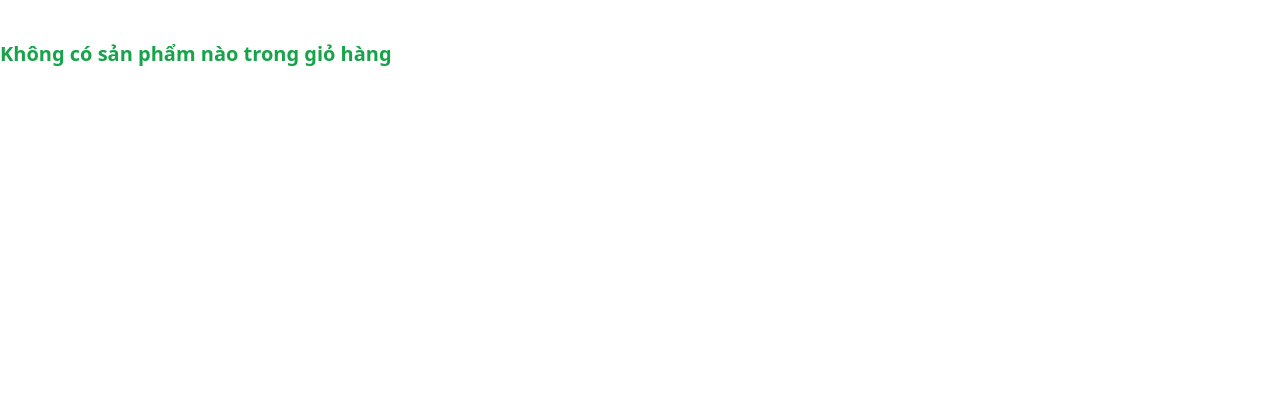
Repository: hungtuan/react-hook-shop
Page: /
An editor plug-in stored every save of this project. The page is shown before and after the next save, followed by the edit.
The browser window is 1280 px wide. The pictures show the whole page.
The page's requests for data from a server got no answer. The project was rebuilt for these pictures with package versions that can differ from the ones it lists, and the page was loaded fresh each time. No one was signed in, and anything a server would have sent is missing. Also part of the build but not shown: vite.config.js, src/components/Button/Button.jsx, src/components/ShoppingCard/CardItem.jsx, src/components/ShoppingCart/action.js, src/components/ShoppingCart/CartItem.jsx.

Above is the page before, as saved 2023-11-18 23:48:28.

### index.html
<!DOCTYPE html>
<html lang="en">
    <head>
        <meta charset="UTF-8" />
        <link rel="icon" type="image/svg+xml" href="/vite.svg" />
        <meta name="viewport" content="width=device-width, initial-scale=1.0" />
        <title>Vite + React</title>
        <link rel="stylesheet" href="./style.css" />
    </head>
    <body>
        <div id="root"></div>
        <script type="module" src="/src/main.jsx"></script>
    </body>
</html>

### style.css
/*
! tailwindcss v3.3.5 | MIT License | https://tailwindcss.com
*/

/*
1. Prevent padding and border from affecting element width. (https://github.com/mozdevs/cssremedy/issues/4)
2. Allow adding a border to an element by just adding a border-width. (https://github.com/tailwindcss/tailwindcss/pull/116)
*/

*,
::before,
::after {
  box-sizing: border-box;
  /* 1 */
  border-width: 0;
  /* 2 */
  border-style: solid;
  /* 2 */
  border-color: #e5e7eb;
  /* 2 */
}

::before,
::after {
  --tw-content: '';
}

/*
1. Use a consistent sensible line-height in all browsers.
2. Prevent adjustments of font size after orientation changes in iOS.
3. Use a more readable tab size.
4. Use the user's configured `sans` font-family by default.
5. Use the user's configured `sans` font-feature-settings by default.
6. Use the user's configured `sans` font-variation-settings by default.
*/

html {
  line-height: 1.5;
  /* 1 */
  -webkit-text-size-adjust: 100%;
  /* 2 */
  -moz-tab-size: 4;
  /* 3 */
  -o-tab-size: 4;
     tab-size: 4;
  /* 3 */
  font-family: ui-sans-serif, system-ui, -apple-system, BlinkMacSystemFont, "Segoe UI", Roboto, "Helvetica Neue", Arial, "Noto Sans", sans-serif, "Apple Color Emoji", "Segoe UI Emoji", "Segoe UI Symbol", "Noto Color Emoji";
  /* 4 */
  font-feature-settings: normal;
  /* 5 */
  font-variation-settings: normal;
  /* 6 */
}

/*
1. Remove the margin in all browsers.
2. Inherit line-height from `html` so users can set them as a class directly on the `html` element.
*/

body {
  margin: 0;
  /* 1 */
  line-height: inherit;
  /* 2 */
}

/*
1. Add the correct height in Firefox.
2. Correct the inheritance of border color in Firefox. (https://bugzilla.mozilla.org/show_bug.cgi?id=190655)
3. Ensure horizontal rules are visible by default.
*/

hr {
  height: 0;
  /* 1 */
  color: inherit;
  /* 2 */
  border-top-width: 1px;
  /* 3 */
}

/*
Add the correct text decoration in Chrome, Edge, and Safari.
*/

abbr:where([title]) {
  -webkit-text-decoration: underline dotted;
          text-decoration: underline dotted;
}

/*
Remove the default font size and weight for headings.
*/

h1,
h2,
h3,
h4,
h5,
h6 {
  font-size: inherit;
  font-weight: inherit;
}

/*
Reset links to optimize for opt-in styling instead of opt-out.
*/

a {
  color: inherit;
  text-decoration: inherit;
}

/*
Add the correct font weight in Edge and Safari.
*/

b,
strong {
  font-weight: bolder;
}

/*
1. Use the user's configured `mono` font family by default.
2. Correct the odd `em` font sizing in all browsers.
*/

code,
kbd,
samp,
pre {
  font-family: ui-monospace, SFMono-Regular, Menlo, Monaco, Consolas, "Liberation Mono", "Courier New", monospace;
  /* 1 */
  font-size: 1em;
  /* 2 */
}

/*
Add the correct font size in all browsers.
*/

small {
  font-size: 80%;
}

/*
Prevent `sub` and `sup` elements from affecting the line height in all browsers.
*/

sub,
sup {
  font-size: 75%;
  line-height: 0;
  position: relative;
  vertical-align: baseline;
}

sub {
  bottom: -0.25em;
}

sup {
  top: -0.5em;
}

/*
1. Remove text indentation from table contents in Chrome and Safari. (https://bugs.chromium.org/p/chromium/issues/detail?id=999088, https://bugs.webkit.org/show_bug.cgi?id=201297)
2. Correct table border color inheritance in all Chrome and Safari. (https://bugs.chromium.org/p/chromium/issues/detail?id=935729, https://bugs.webkit.org/show_bug.cgi?id=195016)
3. Remove gaps between table borders by default.
*/

table {
  text-indent: 0;
  /* 1 */
  border-color: inherit;
  /* 2 */
  border-collapse: collapse;
  /* 3 */
}

/*
1. Change the font styles in all browsers.
2. Remove the margin in Firefox and Safari.
3. Remove default padding in all browsers.
*/

button,
input,
optgroup,
select,
textarea {
  font-family: inherit;
  /* 1 */
  font-feature-settings: inherit;
  /* 1 */
  font-variation-settings: inherit;
  /* 1 */
  font-size: 100%;
  /* 1 */
  font-weight: inherit;
  /* 1 */
  line-height: inherit;
  /* 1 */
  color: inherit;
  /* 1 */
  margin: 0;
  /* 2 */
  padding: 0;
  /* 3 */
}

/*
Remove the inheritance of text transform in Edge and Firefox.
*/

button,
select {
  text-transform: none;
}

/*
1. Correct the inability to style clickable types in iOS and Safari.
2. Remove default button styles.
*/

button,
[type='button'],
[type='reset'],
[type='submit'] {
  -webkit-appearance: button;
  /* 1 */
  background-color: transparent;
  /* 2 */
  background-image: none;
  /* 2 */
}

/*
Use the modern Firefox focus style for all focusable elements.
*/

:-moz-focusring {
  outline: auto;
}

/*
Remove the additional `:invalid` styles in Firefox. (https://github.com/mozilla/gecko-dev/blob/2f9eacd9d3d995c937b4251a5557d95d494c9be1/layout/style/res/forms.css#L728-L737)
*/

:-moz-ui-invalid {
  box-shadow: none;
}

/*
Add the correct vertical alignment in Chrome and Firefox.
*/

progress {
  vertical-align: baseline;
}

/*
Correct the cursor style of increment and decrement buttons in Safari.
*/

::-webkit-inner-spin-button,
::-webkit-outer-spin-button {
  height: auto;
}

/*
1. Correct the odd appearance in Chrome and Safari.
2. Correct the outline style in Safari.
*/

[type='search'] {
  -webkit-appearance: textfield;
  /* 1 */
  outline-offset: -2px;
  /* 2 */
}

/*
Remove the inner padding in Chrome and Safari on macOS.
*/

::-webkit-search-decoration {
  -webkit-appearance: none;
}

/*
1. Correct the inability to style clickable types in iOS and Safari.
2. Change font properties to `inherit` in Safari.
*/

::-webkit-file-upload-button {
  -webkit-appearance: button;
  /* 1 */
  font: inherit;
  /* 2 */
}

/*
Add the correct display in Chrome and Safari.
*/

summary {
  display: list-item;
}

/*
Removes the default spacing and border for appropriate elements.
*/

blockquote,
dl,
dd,
h1,
h2,
h3,
h4,
h5,
h6,
hr,
figure,
p,
pre {
  margin: 0;
}

fieldset {
  margin: 0;
  padding: 0;
}

legend {
  padding: 0;
}

ol,
ul,
menu {
  list-style: none;
  margin: 0;
  padding: 0;
}

/*
Reset default styling for dialogs.
*/

dialog {
  padding: 0;
}

/*
Prevent resizing textareas horizontally by default.
*/

textarea {
  resize: vertical;
}

/*
1. Reset the default placeholder opacity in Firefox. (https://github.com/tailwindlabs/tailwindcss/issues/3300)
2. Set the default placeholder color to the user's configured gray 400 color.
*/

input::-moz-placeholder, textarea::-moz-placeholder {
  opacity: 1;
  /* 1 */
  color: #9ca3af;
  /* 2 */
}

input::placeholder,
textarea::placeholder {
  opacity: 1;
  /* 1 */
  color: #9ca3af;
  /* 2 */
}

/*
Set the default cursor for buttons.
*/

button,
[role="button"] {
  cursor: pointer;
}

/*
Make sure disabled buttons don't get the pointer cursor.
*/

:disabled {
  cursor: default;
}

/*
1. Make replaced elements `display: block` by default. (https://github.com/mozdevs/cssremedy/issues/14)
2. Add `vertical-align: middle` to align replaced elements more sensibly by default. (https://github.com/jensimmons/cssremedy/issues/14#issuecomment-634934210)
   This can trigger a poorly considered lint error in some tools but is included by design.
*/

img,
svg,
video,
canvas,
audio,
iframe,
embed,
object {
  display: block;
  /* 1 */
  vertical-align: middle;
  /* 2 */
}

/*
Constrain images and videos to the parent width and preserve their intrinsic aspect ratio. (https://github.com/mozdevs/cssremedy/issues/14)
*/

img,
video {
  max-width: 100%;
  height: auto;
}

/* Make elements with the HTML hidden attribute stay hidden by default */

[hidden] {
  display: none;
}

*, ::before, ::after {
  --tw-border-spacing-x: 0;
  --tw-border-spacing-y: 0;
  --tw-translate-x: 0;
  --tw-translate-y: 0;
  --tw-rotate: 0;
  --tw-skew-x: 0;
  --tw-skew-y: 0;
  --tw-scale-x: 1;
  --tw-scale-y: 1;
  --tw-pan-x:  ;
  --tw-pan-y:  ;
  --tw-pinch-zoom:  ;
  --tw-scroll-snap-strictness: proximity;
  --tw-gradient-from-position:  ;
  --tw-gradient-via-position:  ;
  --tw-gradient-to-position:  ;
  --tw-ordinal:  ;
  --tw-slashed-zero:  ;
  --tw-numeric-figure:  ;
  --tw-numeric-spacing:  ;
  --tw-numeric-fraction:  ;
  --tw-ring-inset:  ;
  --tw-ring-offset-width: 0px;
  --tw-ring-offset-color: #fff;
  --tw-ring-color: rgb(59 130 246 / 0.5);
  --tw-ring-offset-shadow: 0 0 #0000;
  --tw-ring-shadow: 0 0 #0000;
  --tw-shadow: 0 0 #0000;
  --tw-shadow-colored: 0 0 #0000;
  --tw-blur:  ;
  --tw-brightness:  ;
  --tw-contrast:  ;
  --tw-grayscale:  ;
  --tw-hue-rotate:  ;
  --tw-invert:  ;
  --tw-saturate:  ;
  --tw-sepia:  ;
  --tw-drop-shadow:  ;
  --tw-backdrop-blur:  ;
  --tw-backdrop-brightness:  ;
  --tw-backdrop-contrast:  ;
  --tw-backdrop-grayscale:  ;
  --tw-backdrop-hue-rotate:  ;
  --tw-backdrop-invert:  ;
  --tw-backdrop-opacity:  ;
  --tw-backdrop-saturate:  ;
  --tw-backdrop-sepia:  ;
}

::backdrop {
  --tw-border-spacing-x: 0;
  --tw-border-spacing-y: 0;
  --tw-translate-x: 0;
  --tw-translate-y: 0;
  --tw-rotate: 0;
  --tw-skew-x: 0;
  --tw-skew-y: 0;
  --tw-scale-x: 1;
  --tw-scale-y: 1;
  --tw-pan-x:  ;
  --tw-pan-y:  ;
  --tw-pinch-zoom:  ;
  --tw-scroll-snap-strictness: proximity;
  --tw-gradient-from-position:  ;
  --tw-gradient-via-position:  ;
  --tw-gradient-to-position:  ;
  --tw-ordinal:  ;
  --tw-slashed-zero:  ;
  --tw-numeric-figure:  ;
  --tw-numeric-spacing:  ;
  --tw-numeric-fraction:  ;
  --tw-ring-inset:  ;
  --tw-ring-offset-width: 0px;
  --tw-ring-offset-color: #fff;
  --tw-ring-color: rgb(59 130 246 / 0.5);
  --tw-ring-offset-shadow: 0 0 #0000;
  --tw-ring-shadow: 0 0 #0000;
  --tw-shadow: 0 0 #0000;
  --tw-shadow-colored: 0 0 #0000;
  --tw-blur:  ;
  --tw-brightness:  ;
  --tw-contrast:  ;
  --tw-grayscale:  ;
  --tw-hue-rotate:  ;
  --tw-invert:  ;
  --tw-saturate:  ;
  --tw-sepia:  ;
  --tw-drop-shadow:  ;
  --tw-backdrop-blur:  ;
  --tw-backdrop-brightness:  ;
  --tw-backdrop-contrast:  ;
  --tw-backdrop-grayscale:  ;
  --tw-backdrop-hue-rotate:  ;
  --tw-backdrop-invert:  ;
  --tw-backdrop-opacity:  ;
  --tw-backdrop-saturate:  ;
  --tw-backdrop-sepia:  ;
}

.container {
  width: 100%;
}

@media (min-width: 640px) {
  .container {
    max-width: 640px;
  }
}

@media (min-width: 768px) {
  .container {
    max-width: 768px;
  }
}

@media (min-width: 1024px) {
  .container {
    max-width: 1024px;
  }
}

@media (min-width: 1280px) {
  .container {
    max-width: 1280px;
  }
}

@media (min-width: 1536px) {
  .container {
    max-width: 1536px;
  }
}

.fixed {
  position: fixed;
}

.m-auto {
  margin: auto;
}

.ml-2 {
  margin-left: 0.5rem;
}

.ml-3 {
  margin-left: 0.75rem;
}

.mr-3 {
  margin-right: 0.75rem;
}

.mt-2 {
  margin-top: 0.5rem;
}

.mt-7 {
  margin-top: 1.75rem;
}

.mt-20 {
  margin-top: 5rem;
}

.flex {
  display: flex;
}

.inline-flex {
  display: inline-flex;
}

.table {
  display: table;
}

.grid {
  display: grid;
}

.h-6 {
  height: 1.5rem;
}

.h-64 {
  height: 16rem;
}

.w-6 {
  width: 1.5rem;
}

.w-72 {
  width: 18rem;
}

.w-full {
  width: 100%;
}

.max-w-7xl {
  max-width: 80rem;
}

.table-auto {
  table-layout: auto;
}

.border-collapse {
  border-collapse: collapse;
}

.grid-cols-4 {
  grid-template-columns: repeat(4, minmax(0, 1fr));
}

.items-center {
  align-items: center;
}

.justify-center {
  justify-content: center;
}

.justify-between {
  justify-content: space-between;
}

.gap-4 {
  gap: 1rem;
}

.rounded-full {
  border-radius: 9999px;
}

.border {
  border-width: 1px;
}

.border-blue-700 {
  --tw-border-opacity: 1;
  border-color: rgb(29 78 216 / var(--tw-border-opacity));
}

.border-slate-500 {
  --tw-border-opacity: 1;
  border-color: rgb(100 116 139 / var(--tw-border-opacity));
}

.border-slate-700 {
  --tw-border-opacity: 1;
  border-color: rgb(51 65 85 / var(--tw-border-opacity));
}

.border-yellow-800 {
  --tw-border-opacity: 1;
  border-color: rgb(133 77 14 / var(--tw-border-opacity));
}

.object-cover {
  -o-object-fit: cover;
     object-fit: cover;
}

.px-0 {
  padding-left: 0px;
  padding-right: 0px;
}

.px-3 {
  padding-left: 0.75rem;
  padding-right: 0.75rem;
}

.py-0 {
  padding-top: 0px;
  padding-bottom: 0px;
}

.py-1 {
  padding-top: 0.25rem;
  padding-bottom: 0.25rem;
}

.py-2 {
  padding-top: 0.5rem;
  padding-bottom: 0.5rem;
}

.py-4 {
  padding-top: 1rem;
  padding-bottom: 1rem;
}

.pb-8 {
  padding-bottom: 2rem;
}

.pt-6 {
  padding-top: 1.5rem;
}

.text-justify {
  text-align: justify;
}

.text-2xl {
  font-size: 1.5rem;
  line-height: 2rem;
}

.text-lg {
  font-size: 1.125rem;
  line-height: 1.75rem;
}

.text-sm {
  font-size: 0.875rem;
  line-height: 1.25rem;
}

.text-xl {
  font-size: 1.25rem;
  line-height: 1.75rem;
}

.font-bold {
  font-weight: 700;
}

.italic {
  font-style: italic;
}

.text-\[\#beaeaa\] {
  --tw-text-opacity: 1;
  color: rgb(190 174 170 / var(--tw-text-opacity));
}

.text-amber-500 {
  --tw-text-opacity: 1;
  color: rgb(245 158 11 / var(--tw-text-opacity));
}

.text-gray-400 {
  --tw-text-opacity: 1;
  color: rgb(156 163 175 / var(--tw-text-opacity));
}

.text-green-600 {
  --tw-text-opacity: 1;
  color: rgb(22 163 74 / var(--tw-text-opacity));
}

.line-through {
  text-decoration-line: line-through;
}

.shadow-md {
  --tw-shadow: 0 4px 6px -1px rgb(0 0 0 / 0.1), 0 2px 4px -2px rgb(0 0 0 / 0.1);
  --tw-shadow-colored: 0 4px 6px -1px var(--tw-shadow-color), 0 2px 4px -2px var(--tw-shadow-color);
  box-shadow: var(--tw-ring-offset-shadow, 0 0 #0000), var(--tw-ring-shadow, 0 0 #0000), var(--tw-shadow);
}

.transition {
  transition-property: color, background-color, border-color, text-decoration-color, fill, stroke, opacity, box-shadow, transform, filter, -webkit-backdrop-filter;
  transition-property: color, background-color, border-color, text-decoration-color, fill, stroke, opacity, box-shadow, transform, filter, backdrop-filter;
  transition-property: color, background-color, border-color, text-decoration-color, fill, stroke, opacity, box-shadow, transform, filter, backdrop-filter, -webkit-backdrop-filter;
  transition-timing-function: cubic-bezier(0.4, 0, 0.2, 1);
  transition-duration: 150ms;
}

.ct-table-col {
  border-width: 1px;
  --tw-border-opacity: 1;
  border-color: rgb(51 65 85 / var(--tw-border-opacity));
  padding-left: 0.75rem;
}

.ct-btn-primary {
  --tw-border-opacity: 1;
  border-color: rgb(74 222 128 / var(--tw-border-opacity));
}

.hover\:bg-yellow-800:hover {
  --tw-bg-opacity: 1;
  background-color: rgb(133 77 14 / var(--tw-bg-opacity));
}

.hover\:bg-green-400:hover {
  --tw-bg-opacity: 1;
  background-color: rgb(74 222 128 / var(--tw-bg-opacity));
}

.hover\:text-white:hover {
  --tw-text-opacity: 1;
  color: rgb(255 255 255 / var(--tw-text-opacity));
}

### src/main.jsx
import React from "react";
import ReactDOM from "react-dom/client";
import App from "./App.jsx";
import "./index.css";
import Provider from "./store/Provider.jsx";
ReactDOM.createRoot(document.getElementById("root")).render(
    // <React.StrictMode>
    <Provider>
        <App />
    </Provider>
    //</React.StrictMode>
);

### src/App.jsx
import React from "react";
import CardList from "./components/ShoppingCard/CardList";
import { ToastContainer } from "react-toastify";
import "react-toastify/dist/ReactToastify.css";
import CartList from "./components/ShoppingCart/CartList";
import Loading from "./components/Loading/Loading";
export default function App() {
  return (
    <>
      <Loading />
      <ToastContainer
        position="top-right"
        autoClose={3000}
        hideProgressBar={false}
        newestOnTop={false}
        closeOnClick
        rtl={false}
        pauseOnFocusLoss
        draggable
        pauseOnHover
        theme="light"
      />
      <div className="container m-auto max-w-7xl pt-6">
        <CardList />
        <CartList />
      </div>
    </>
  );
}

### src/index.css
@tailwind base;
@tailwind components;
@tailwind utilities;

.ct-table-col {
    @apply border border-slate-700 pl-3;
}

.ct-btn-primary {
    @apply border-green-400;
}

### src/store/Provider.jsx
import { useReducer } from "react";
import Context from "./Context";
import reducer, { initState } from "./Reducer";
function Provider({ children }) {
    const [state, dispatch] = useReducer(reducer, initState);
    return (
        <Context.Provider value={[state, dispatch]}>
            {children}
        </Context.Provider>
    );
}

export default Provider;

### src/components/ShoppingCard/CardList.jsx
import React, { useEffect, useContext } from "react";
import CardItem from "./CardItem";
import getProductList from "./getProductList";
import validateUser from "../../assets/js/validateUser";
import Context from "../../store/Context";

export default function CardList() {
  const [state, dispatch] = useContext(Context);

  const { products } = state;

  const getProduct = async () => {
    try {
      await dispatch({
        type: "loading/switch",
      });

      const data = await getProductList();

      await dispatch({
        type: "products/updateProducts",
        payload: data.listProduct,
      });

      await validateUser();

      dispatch({
        type: "loading/switch",
      });
    } catch (error) {
      console.error("Error fetching product data:", error);
    }
  };

  useEffect(() => {
    getProduct();
  }, []);

  return (
    <div className="card-list grid grid-cols-4 gap-4">
      {products.map((product) => (
        <CardItem
          key={product._id}
          id={product._id}
          productName={product.name}
          productPrice={product.price}
          productImg={product.image}
          productQuantity={product.quantity}
        />
      ))}
    </div>
  );
}

### src/components/ShoppingCart/CartList.jsx
import React, { useContext } from "react";
import CartItem from "./CartItem";
import Button from "../Button/Button";
import Context from "../../store/Context";
import payment from "./payment";
import calculateTotal from "./calculateTotal";
export default function CartList() {
    const [state, dispatch] = useContext(Context);
    const { productsCart } = state;
    const { totalPrice, totalQuantity } = calculateTotal(productsCart);
    return productsCart.length ? (
        <div className="cart-list pb-8">
            <table className="table-auto w-full border-collapse border border-slate-500 mt-7">
                <thead>
                    <tr>
                        <th className="border border-slate-700">
                            Tên sản phẩm
                        </th>
                        <th className="border border-slate-700">Số lượng</th>
                        <th className="border border-slate-700">
                            Số lượng còn lại
                        </th>
                        <th className="border border-slate-700">Tổng tiền</th>
                        <th className="border border-slate-700">Hành động</th>
                    </tr>
                </thead>
                <tbody>
                    {productsCart.map((productCart) => {
                        return (
                            <CartItem
                                key={productCart.id}
                                id={productCart.id}
                                name={productCart.name}
                                quantity={productCart.quantity}
                                price={productCart.price}
                            />
                        );
                    })}
                    <tr>
                        <td className="text-lg font-bold ct-table-col">
                            Thành tiền
                        </td>
                        <td className="ct-table-col">{totalQuantity}</td>
                        <td></td>
                        <td className="ct-table-col">{totalPrice}</td>
                        <td className="ct-table-col">
                            <Button
                                classStyle="ct-btn-primary hover:bg-green-400"
                                onClick={async () => {
                                    await dispatch({
                                        type: "loading/switch",
                                    });
                                    const data = await payment(state);
                                    dispatch({
                                        type: "loading/switch",
                                    });
                                    if (data) {
                                        dispatch({
                                            type: "product/makeEmpty",
                                        });
                                        for (
                                            var i = 0;
                                            i < state.productsCart.length;
                                            i++
                                        ) {
                                            state.productsCart[i].setProduct({
                                                quantity: 0,
                                                price: 0,
                                            });
                                        }
                                    }
                                }}
                            >
                                Thanh toán
                            </Button>
                        </td>
                    </tr>
                </tbody>
            </table>
        </div>
    ) : (
        <h3 className="font-bold text-xl text-green-600 py-4">
            Không có sản phẩm nào trong giỏ hàng
        </h3>
    );
}

### src/components/Loading/Loading.jsx
import React, { useContext, CSSProperties } from "react";
import Context from "../../store/Context";
import BeatLoader from "react-spinners/BeatLoader";
export default function Loading() {
  const [state] = useContext(Context);
  const { loading } = state;
  return (
    <BeatLoader
      color="36d7b7"
      loading={loading}
      cssOverride={{
        position: "fixed",
        inset: 0,
        zIndex: 9999,
        display: "flex",
        alignItems: "center",
        justifyContent: "center",
      }}
      size={20}
      aria-label="Loading Spinner"
      data-testid="loader"
    />
  );
}

### src/store/Context.jsx
import { createContext } from "react";
const Context = createContext();
export default Context;

### src/store/Reducer.jsx
import {
    impactProduct,
    filterLatestProducts,
} from "../components/ShoppingCart/payment";

const initState = {
    products: [],
    productsCart: [],
    loading: false,
};

function reducer(state, action) {
    switch (action.type) {
        case "products/updateProducts":
            return { ...state, products: action.payload };
        case "products/addCart":
            const products = filterLatestProducts([
                ...state.productsCart,
                action.payload,
            ]);
            return {
                ...state,
                productsCart: products,
            };
        case "product/makeEmpty":
            return {
                ...state,
                productsCart: [],
            };
        case "loading/switch":
            return {
                ...state,
                loading: !state.loading,
            };
        case "cart/decrease":
            return {
                ...state,
                productsCart: impactProduct(
                    state.productsCart,
                    action.payload,
                    "decrease",
                    state
                ),
            };
        case "cart/increase":
            return {
                ...state,
                productsCart: impactProduct(
                    state.productsCart,
                    action.payload,
                    "increase",
                    state
                ),
            };
        case "cart/remove":
            return {
                ...state,
                productsCart: impactProduct(
                    state.productsCart,
                    action.payload,
                    "remove",
                    state
                ),
            };
    }
}

export { initState };
export default reducer;

### src/components/ShoppingCard/getProductList.js
import { handleLogic } from "../../assets/js/script";

export default async function getProductList() {
    const { data } = await handleLogic.getListProduct({ limit: 8 });
    return data;
}

### src/components/ShoppingCart/calculateTotal.js
const calculateTotal = (productsCart) => {
    if (productsCart.length === 0) {
        return { totalPrice: 0, totalQuantity: 0 };
    }
    const totalPrice = productsCart.reduce((acc, curr) => {
        return acc + curr.price;
    }, 0);
    const totalQuantity = productsCart.reduce((acc, curr) => {
        return acc + curr.quantity;
    }, 0);
    return { totalPrice, totalQuantity };
};
export default calculateTotal;

### src/assets/js/script.js
import { client } from "./client.js";

export const handleLogic = {
    getAPIKey: async function (query = {}) {
        const queryString = new URLSearchParams(query).toString();
        const { data } = await client.get(`/api-key?${queryString}`);
        if (data.status_code === "SUCCESS") {
            const apiKey = data.data.apiKey;
            localStorage.setItem("apiKey", apiKey);
        }
        return data;
    },

    getProfile: async function () {
        const apiKey = localStorage.getItem("apiKey");
        const { data } = await client.get(`/users/profile`, apiKey);
        return data;
    },

    getListProduct: async function (query = {}) {
        const queryString = new URLSearchParams(query).toString();
        const { data } = await client.get(`/products?${queryString}`);
        return data;
    },

    postPayment: async function (body) {
        const apiKey = localStorage.getItem("apiKey");
        const { data } = await client.post(`/orders`, body, apiKey);
        return data;
    },
};

### src/assets/js/config.js
export const config = {
    SERVER_API: "https://api-exercise-sopi.vercel.app/api/v1",
};

Loaded but not shown: tailwind.config.js (common file); src/components/ShoppingCart/payment.js (98 lines, source omitted); src/assets/js/validateUser.js (60 lines, source omitted); src/assets/js/client.js (47 lines, source omitted)

After the next save:
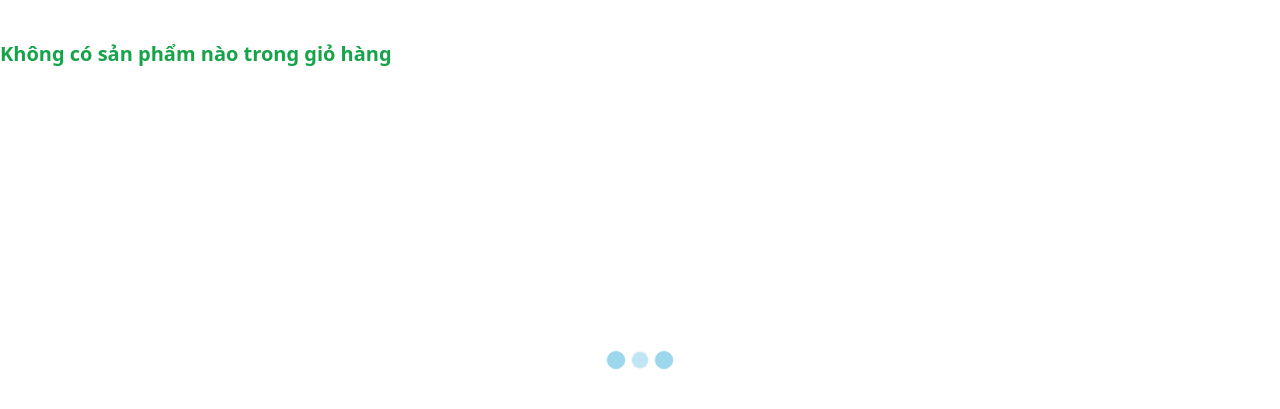
Saved 27 s later.
--- a/src/components/Loading/Loading.jsx
+++ b/src/components/Loading/Loading.jsx
@@ -6,7 +6,7 @@
   const { loading } = state;
   return (
     <BeatLoader
-      color="36d7b7"
+      color="#77C8E4"
       loading={loading}
       cssOverride={{
         position: "fixed",
